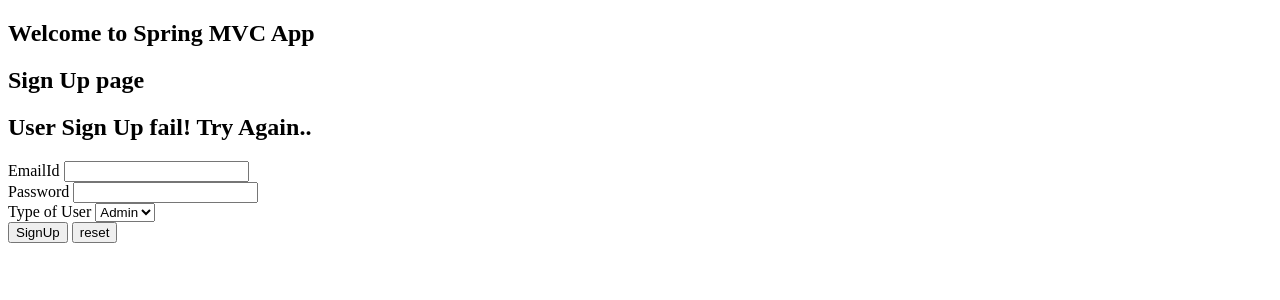
Repository: Prieena/cgi_java_training
Page: http://localhost/LoginApp_Assignment2/usersignupfail.jsp
The author's editor kept a copy of each file at every save. The page is drawn from the files as they stood at one save, then again after the next save.
The browser window is 1280 px wide. The pictures show the whole page.
The page is served by Tomcat 9. Other server files are loaded and not shown.

Above is the page before, as saved 2024-09-27 15:59:55.

### spring-mvc/LoginApp_Assignment2/src/main/webapp/usersignupfail.jsp
<%@ page language="java" contentType="text/html; charset=UTF-8"
    pageEncoding="UTF-8"%>
<!DOCTYPE html>
<html>
<head>
<meta charset="UTF-8">
<title>Insert title here</title>
</head>
<body>
	<h2>Welcome to Spring MVC App </h2>
	<h2>Sign Up page</h2>
	<h2>User Sign Up fail! Try Again..</h2>
	<form action="signupuser" method="post">
	<label>EmailId</label>
	<input type="email" name="emailid"/><br/>
	<label>Password</label>
	<input type="password" name="password"/><br/>
	<label>Type of User</label>
	<select name="typeofuser">
		<option value="admin">Admin</option>
		<option value="user">User</option>
	</select><br/>
	<input type="submit" value="SignUp"/>
	<input type="reset" value="reset"/>
	</form>
</body>
</html>

After the next save:
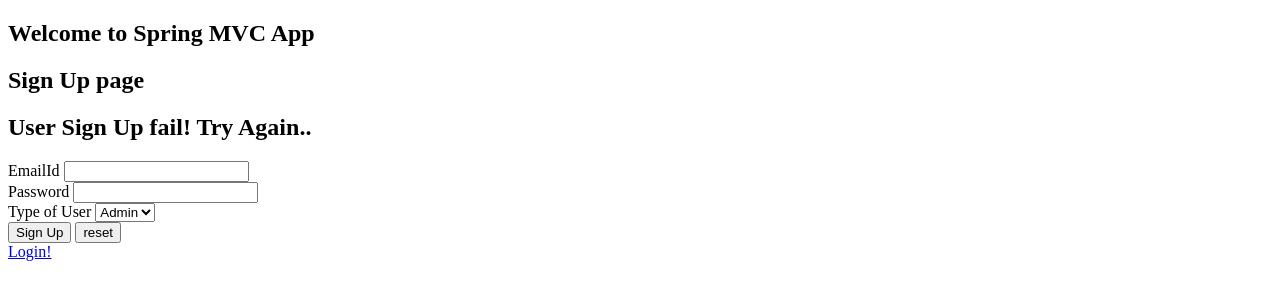
Saved 31 s later.
--- a/spring-mvc/LoginApp_Assignment2/src/main/webapp/usersignupfail.jsp
+++ b/spring-mvc/LoginApp_Assignment2/src/main/webapp/usersignupfail.jsp
@@ -20,8 +20,9 @@
 		<option value="admin">Admin</option>
 		<option value="user">User</option>
 	</select><br/>
-	<input type="submit" value="SignUp"/>
+	<input type="submit" value="Sign Up"/>
 	<input type="reset" value="reset"/>
 	</form>
+	<a href="login">Login!</a>
 </body>
 </html>
